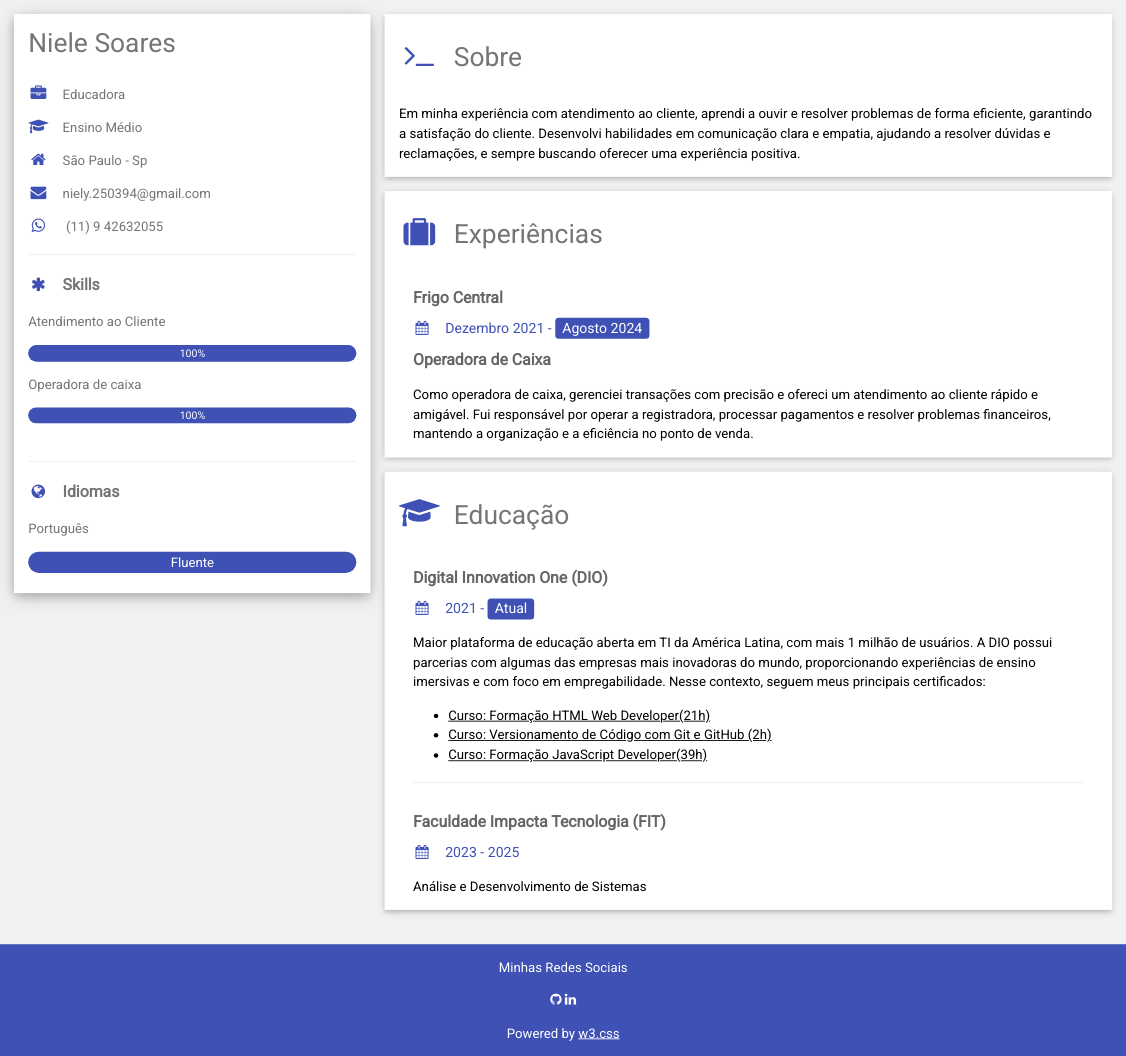
Repository: gustavotwist/cv2
Page: index.html
These files come from the project's save history. The page is drawn as it stood at one moment and after the next save; the edit follows.
The browser window is 1280 px wide. The pictures show the whole page, at 88% of full size.

Above is the page before, as saved 2024-08-23 17:41:16.

### index.html
<!DOCTYPE html>
<!-- @falvojr: Reference article https://www.w3schools.com/howto/howto_website_create_resume.asp -->
<!-- @falvojr: Useful link to use fontawesome (fa) icons: https://fontawesome.com/v4/icons/ -->
<html lang="pt-BR">

  <head>
    <title>Niele Soares</title>

    <meta http-equiv="Content-Type" content="text/html; charset=UTF-8">
    <meta name="viewport" content="width=device-width, initial-scale=1">

    <link rel="stylesheet" href="https://www.w3schools.com/w3css/4/w3.css">
    <link rel='stylesheet' href='https://fonts.googleapis.com/css?family=Roboto'>
    <link rel="stylesheet" href="https://cdnjs.cloudflare.com/ajax/libs/font-awesome/4.7.0/css/font-awesome.min.css">

    <style>
      html,body,h1,h2,h3,h4,h5,h6 {font-family: "Roboto", sans-serif}
    </style>

  </head>

  <body class="w3-light-grey" cz-shortcut-listen="true">

    <!-- Page Container -->
    <div class="w3-content w3-margin-top" style="max-width:1400px;">

      <!-- The Grid -->
      <div class="w3-row-padding">

        <!-- Left Column -->
        <div class="w3-third">

          <div class="w3-white w3-text-grey w3-card-4">
            <!-- @falvojr: This container has been modified to not use a profile picture. -->
            <div class="w3-container">
              <h2>Niele Soares</h2>
            </div>
            <div class="w3-container">
              <p><i class="fa fa-briefcase fa-fw w3-margin-right w3-large w3-text-indigo"></i>Educadora</p>
              <p><i class="fa fa-graduation-cap fa-fw w3-margin-right w3-large w3-text-indigo"></i>Ensino Médio</p>
              <p><i class="fa fa-home fa-fw w3-margin-right w3-large w3-text-indigo"></i>São Paulo - Sp</p>
              <p><i class="fa fa-envelope fa-fw w3-margin-right w3-large w3-text-indigo"></i><a href="mailto:niely.250394@gmail.com" style="text-decoration: none;">niely.250394@gmail.com</a></p>
              <p ><i class="fa fa-whatsapp fa-fw w3-margin-right w3-large w3-text-indigo"></i> <a href="tel:(11) 9 42632055" style="text-decoration: none;"> (11) 9 42632055</a> </p>
              <hr>

              <p class="w3-large">
                <b><i class="fa fa-asterisk fa-fw w3-margin-right w3-text-indigo"></i>Skills</b>
              </p>
              <p>Atendimento ao Cliente</p>
              <div class="w3-light-grey w3-round-xlarge w3-small">
                <div class="w3-container w3-center w3-round-xlarge w3-indigo" style="width:100%">100%</div>
              </div>
              <p>Operadora de caixa</p>
              <div class="w3-light-grey w3-round-xlarge w3-small">
                <div class="w3-container w3-center w3-round-xlarge w3-indigo" style="width:100%">100%</div>
              </div>
              <br>
              <hr>
              <p class="w3-large w3-text-theme">
                <b><i class="fa fa-globe fa-fw w3-margin-right w3-text-indigo"></i>Idiomas</b>
              </p>
              <p>Português</p>
              <div class="w3-light-grey w3-round-xlarge">
                <div class="w3-container w3-center w3-round-xlarge w3-indigo" style="height:24px;width:100%">Fluente</div>
              </div>
              <br>
            </div>
          </div><br>

          <!-- End Left Column -->
        </div>

        <!-- Right Column -->
        <div class="w3-twothird">

          <div class="w3-container w3-card w3-white w3-margin-bottom">
            <h2 class="w3-text-grey w3-padding-16"><i class="fa fa-terminal fa-fw w3-margin-right w3-xxlarge w3-text-indigo"></i>Sobre</h2>
            <p>Em minha experiência com atendimento ao cliente, aprendi a ouvir e resolver problemas de forma eficiente, garantindo a satisfação do cliente. Desenvolvi habilidades em comunicação clara e empatia, ajudando a resolver dúvidas e reclamações, e sempre buscando oferecer uma experiência positiva.</p>
          </div>

          <div class="w3-container w3-card w3-white w3-margin-bottom">
            <h2 class="w3-text-grey w3-padding-16">
              <i class="fa fa-suitcase fa-fw w3-margin-right w3-xxlarge w3-text-indigo"></i>Experiências
            </h2>
            <div class="w3-container">
              <h5 class="w3-opacity"><b>Frigo Central</b></h5>
                <h6 class="w3-text-indigo"><i class="fa fa-calendar fa-fw w3-margin-right"></i>Dezembro 2021 - <span class="w3-tag w3-indigo w3-round">Agosto 2024</span></h6>
                <h5 class="w3-opacity"><b>Operadora de Caixa</b></h5>
                <p>
                    Como operadora de caixa, gerenciei transações com precisão e ofereci um atendimento ao cliente rápido e amigável. Fui responsável por operar a registradora, processar pagamentos e resolver problemas financeiros, mantendo a organização e a eficiência no ponto de venda.
                </p>

            </div>
          </div>

          <div class="w3-container w3-card w3-white">
            <h2 class="w3-text-grey w3-padding-16">
              <i class="fa fa-graduation-cap fa-fw w3-margin-right w3-xxlarge w3-text-indigo"></i>Educação
            </h2>
            <div class="w3-container">
              <h5 class="w3-opacity"><b>Digital Innovation One (DIO)</b></h5>
              <h6 class="w3-text-indigo"><i class="fa fa-calendar fa-fw w3-margin-right"></i>2021 - <span class="w3-tag w3-indigo w3-round">Atual</span></h6>
              <p>
                Maior plataforma de educação aberta em TI da América Latina, com mais 1 milhão de usuários.
                A DIO possui parcerias com algumas das empresas mais inovadoras do mundo, proporcionando experiências
                de ensino imersivas e com foco em empregabilidade. Nesse contexto, seguem meus principais certificados:
              </p>
              <ul>
                <li><a href="https://www.dio.me/certificate/VDSNYTO5" target="_blank">Curso: Formação HTML Web Developer(21h)</a></li>
                <li><a href="https://www.dio.me/certificate/EA66CA6A" target="_blank">Curso: Versionamento de Código com Git e GitHub (2h)</a></li>
                <li><a href="https://www.dio.me/certificate/OST0WIWG" target="_blank">Curso: Formação JavaScript Developer(39h)</a></li>
              </ul>
              <hr>
            </div>
            <div class="w3-container">
              <h5 class="w3-opacity"><b>Faculdade Impacta Tecnologia (FIT)</b></h5>
              <h6 class="w3-text-indigo"><i class="fa fa-calendar fa-fw w3-margin-right"></i>2023 - 2025</h6>
              <p>Análise e Desenvolvimento de Sistemas</p>
            </div>
          </div><br>


          <!-- End Right Column -->
        </div>

        <!-- End Grid -->
      </div>

      <!-- End Page Container -->
    </div>

    <footer class="w3-container w3-indigo w3-center w3-margin-top">
      <p>Minhas Redes Sociais</p>
      <a href="https://github.com/gustavotwist" target="_blank"><i class="fa fa-github w3-hover-opacity"></i></a>
      <a href="https://www.linkedin.com/in/gustavoalves7/" target="_blank"><i class="fa fa-linkedin w3-hover-opacity"></i></a>
      <p>Powered by <a href="https://www.w3schools.com/w3css/default.asp" target="_blank">w3.css</a></p>
    </footer>

  </body>

</html>

After the next save:
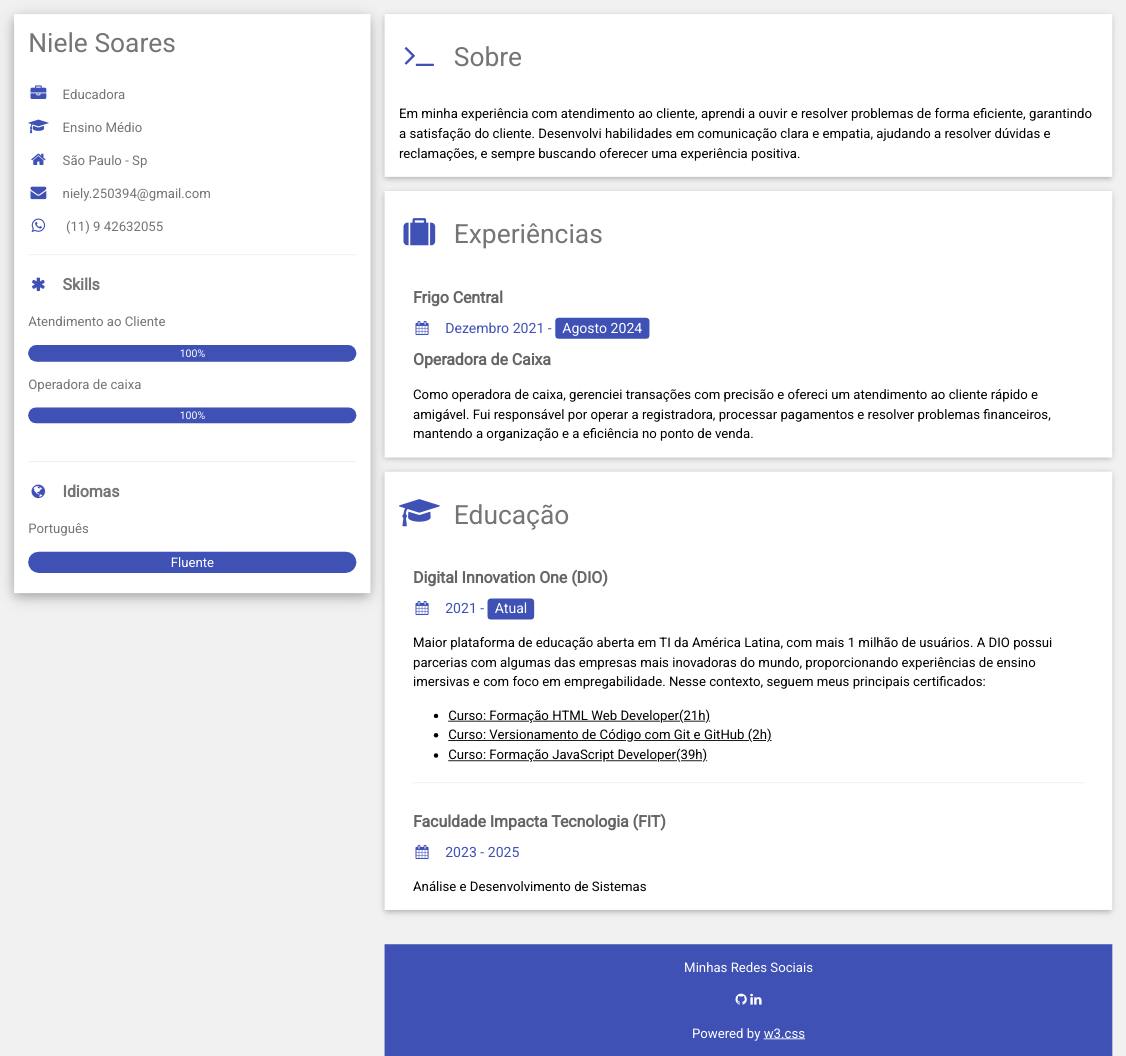
Saved 26 s later.
--- a/index.html
+++ b/index.html
@@ -120,15 +120,6 @@
           </div><br>
 
 
-          <!-- End Right Column -->
-        </div>
-
-        <!-- End Grid -->
-      </div>
-
-      <!-- End Page Container -->
-    </div>
-
     <footer class="w3-container w3-indigo w3-center w3-margin-top">
       <p>Minhas Redes Sociais</p>
       <a href="https://github.com/gustavotwist" target="_blank"><i class="fa fa-github w3-hover-opacity"></i></a>

After the save that followed:
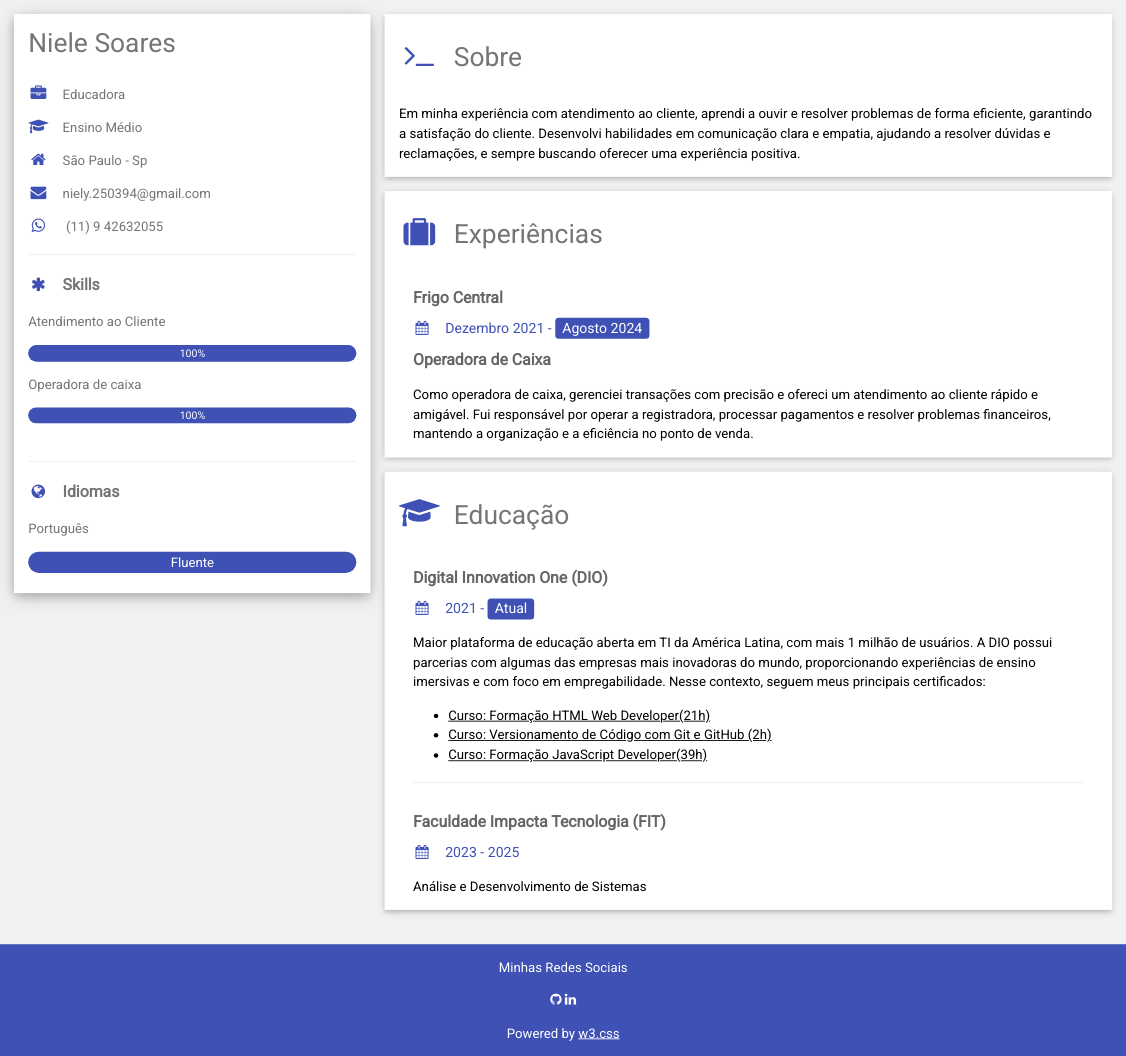
Saved 19 s later.
--- a/index.html
+++ b/index.html
@@ -120,6 +120,15 @@
           </div><br>
 
 
+          <!-- End Right Column -->
+        </div>
+
+        <!-- End Grid -->
+      </div>
+
+      <!-- End Page Container -->
+    </div>
+
     <footer class="w3-container w3-indigo w3-center w3-margin-top">
       <p>Minhas Redes Sociais</p>
       <a href="https://github.com/gustavotwist" target="_blank"><i class="fa fa-github w3-hover-opacity"></i></a>
